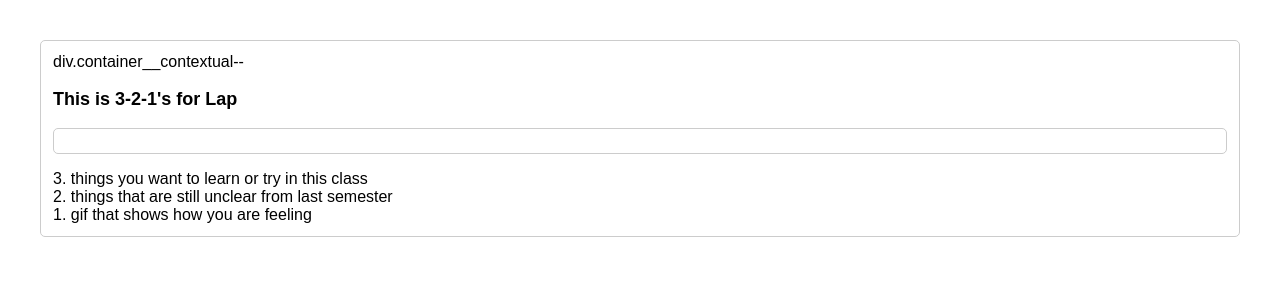
Repository: HyunJunggggg/MDIA2109
Page: index.html
These files come from the project's save history. The page is drawn as it stood at one moment and after the next save; the edit follows.
The browser window is 1280 px wide. The pictures show the whole page.

Above is the page before, as saved 2025-01-23 15:37:38.

### index.html
<!DOCTYPE html>
<html lang="en">
    <head>
        <!-- Meta -->
        <meta charset="UTF-8" />
        <meta name="viewport" content="width=device-width, initial-scale=1.0" />
        <link rel="stylesheet" href="style.css" />
        <title>HyunJung's Blog 😉</title>
    </head>

    <!-- body -->
    <body>
        <section>
            <div class="container" id="rats-ass">
                <header class="container__header">
                    <div class="container__title"></div>
                    div.container__contextual--
                </header>
                <p>This is 3-2-1's for Lap</p>
                <div class="container">

                </div>
                <ul>
                    <li>3. things you want to learn or try in this class</li>
                    <li>2. things that are still unclear from last semester</li>
                    <li>1. gif that shows how you are feeling</li>
                </ul>
            </div>
        </section>
    </body>
</html>

### style.css
/* Reset */
body {

}

ul,
ol,
dl {
    list-style-type: none;
    padding: 0;
    margin: 0;
}

/* Basic */
html {
    font-family: Arial, Helvetica, sans-serif;
}

body {
    padding: 2em;
}
a {
    text-decoration: none;
}

p {
    font-weight: bold;
    font-size: 18px;
}
/* Component style */
.container {
    margin-bottom: 1em;
    border: 1px solid #cccccc !important;
    border-radius: 5px;
    padding: 0.75em;
}

#rats-ass {
    border-color: red;
}
/* Utility style */

After the next save:
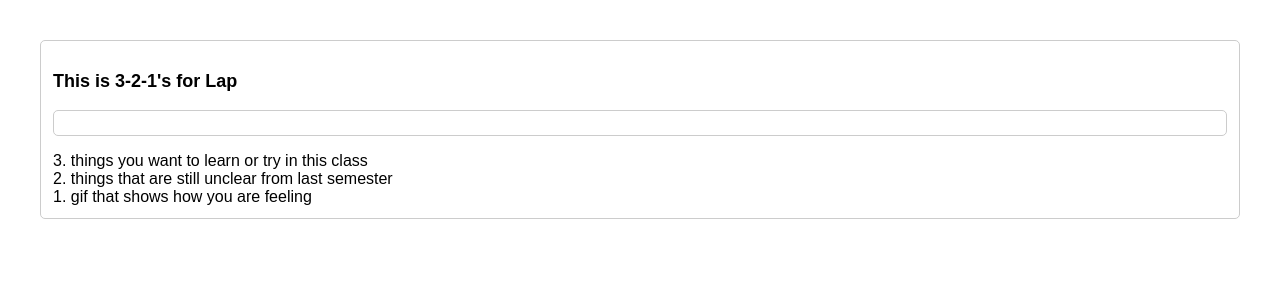
Saved 8 s later.
--- a/index.html
+++ b/index.html
@@ -14,7 +14,7 @@
             <div class="container" id="rats-ass">
                 <header class="container__header">
                     <div class="container__title"></div>
-                    div.container__contextual--
+                    <div class="container__contextual--info"></div>
                 </header>
                 <p>This is 3-2-1's for Lap</p>
                 <div class="container">
